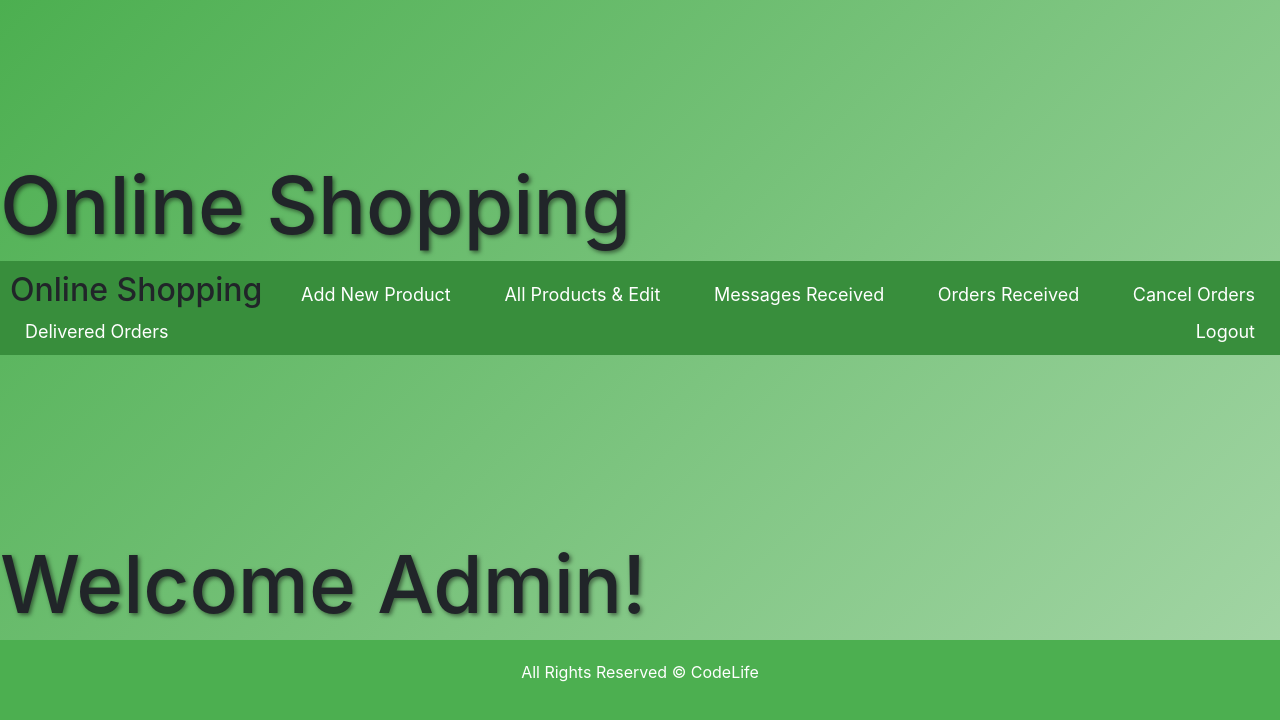
Repository: Dineshbabu290904/DigiMart
Page: http://localhost/DigiMart/admin/adminHome.jsp
The author's editor kept a copy of each file at every save. The page is drawn from the files as they stood at one save, then again after the next save.
The browser window is 1280 px wide. The pictures show the whole page.
Some web libraries are served in a nearby version. The page is served by Tomcat 9.

Above is the page before, as saved 2024-10-16 15:55:35.

After the next save:
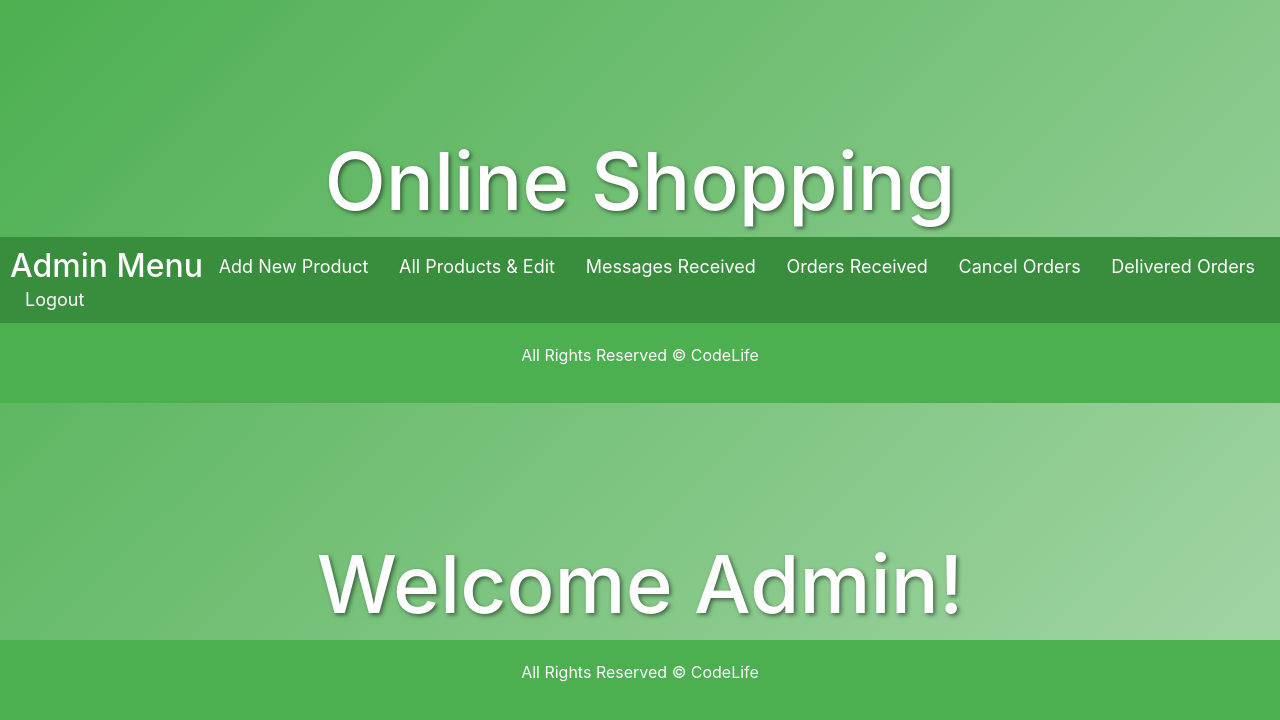
Saved 52 s later.
--- a/DigiMart/src/main/webapp/admin/adminHeader.jsp
+++ b/DigiMart/src/main/webapp/admin/adminHeader.jsp
@@ -21,6 +21,11 @@
             background-color: #388e3c; /* Darker green for navbar */
             padding: 10px; /* Padding around navbar */
         }
+        .navbar h2 {
+            margin: 0; /* Remove default margin for h2 */
+            color: white; /* White text for navbar title */
+            display: inline-block; /* Keep title inline with links */
+        }
         .navbar a {
             color: white; /* White text for links */
             margin: 0 15px; /* Spacing between links */
@@ -33,7 +38,9 @@
         h1 {
             font-size: 5rem; /* Responsive font size */
             text-shadow: 2px 2px 4px rgba(0, 0, 0, 0.5); /* Subtle shadow for depth */
-            margin-top: auto; /* Push h1 to the center vertically */
+            margin: 20px 0; /* Add margin for spacing */
+            color: white; /* White text for the heading */
+            text-align: center; /* Center the heading text */
         }
         footer {
             background-color: #4caf50; /* Same green as background */
@@ -47,9 +54,11 @@
     </style>
 </head>
 <body>
-	<h1>Online Shopping</h1>
-     <nav class="navbar">
-        <h2>Online Shopping</h2>
+
+    <h1>Online Shopping</h1>
+
+    <nav class="navbar">
+        <h2>Admin Menu</h2>
         <a href="addNewProduct.jsp">Add New Product</a>
         <a href="allProductEditProduct.jsp">All Products & Edit</a>
         <a href="#">Messages Received</a>
@@ -59,8 +68,9 @@
         <a href="../logout.jsp">Logout</a>
     </nav>
 
-    <br>
-
+    <footer>
+        <p>All Rights Reserved &copy; CodeLife</p>
+    </footer>
 
     <!-- Bootstrap JS and dependencies -->
     <script src="https://code.jquery.com/jquery-3.5.1.slim.min.js"></script>
